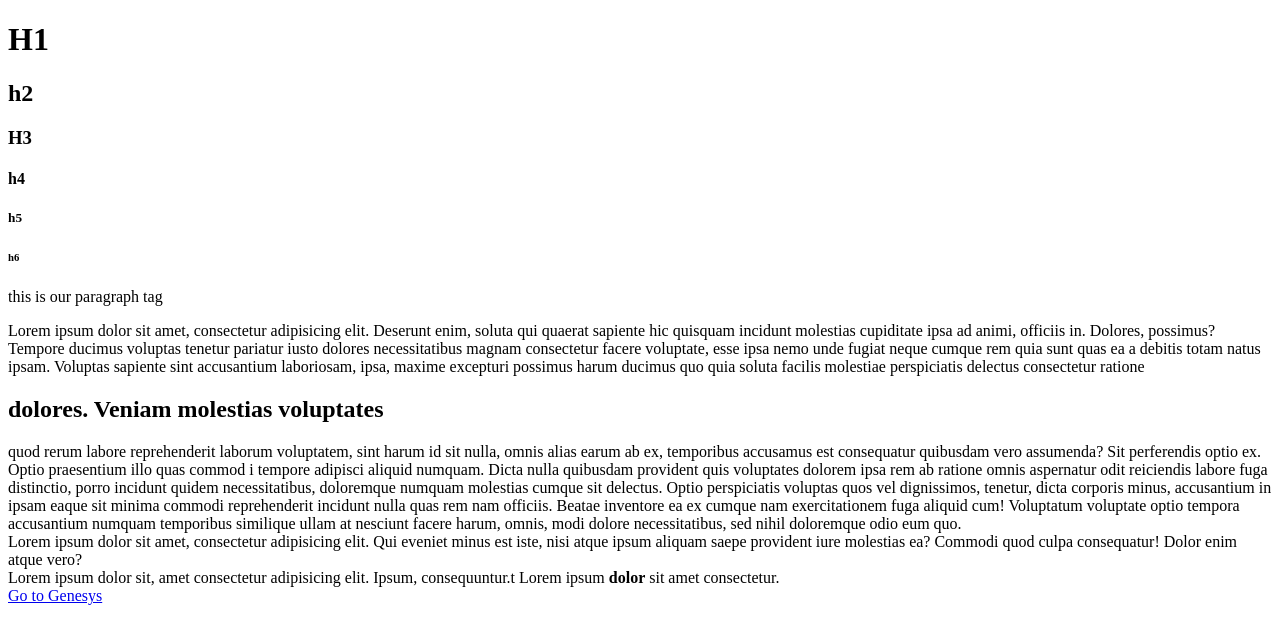
Repository: Ifenna-Pascal/firstRepo
Page: index.html
An editor plug-in stored every save of this project. The page is shown before and after the next save, followed by the edit.
The browser window is 1280 px wide. The pictures show the whole page.

Above is the page before, as saved 2023-07-14 12:12:13.

### index.html
<!DOCTYPE html>
<html lang="eng">
<head>
<title>Codeville</title>
<meta name="description" content="this is an introduction page site">
<link rel="stylesheet" href="./about/about.css">
<style>
</style>
</head>
<body>
    <!-- THESE ARE OUR HEADER TAGS H1-H6 -->
    <h1>H1</h1>
    <h2>h2</h2>
    <h3>H3</h3>
    <h4>h4</h4>
    <h5>h5</h5>
    <h6>h6</h6>
    <!-- THIS IS OUR PARAGRAPH TAG -->
    <p>this is our paragraph tag</p>
    <article>
        Lorem ipsum dolor sit amet, consectetur adipisicing elit. Deserunt enim,
         soluta qui quaerat sapiente hic quisquam incidunt molestias cupiditate
         ipsa ad animi, officiis in. Dolores, possimus? Tempore ducimus voluptas
          tenetur pariatur iusto dolores necessitatibus magnam consectetur facere
           voluptate, esse ipsa nemo unde fugiat neque cumque rem quia sunt quas ea a debitis totam natus ipsam. Voluptas sapiente sint
            accusantium laboriosam, ipsa, maxime excepturi possimus harum ducimus quo quia soluta facilis molestiae perspiciatis delectus consectetur ratione
            <h1> dolores. Veniam molestias voluptates</h1> quod rerum labore reprehenderit laborum voluptatem, sint harum id sit nulla, omnis alias earum ab ex, temporibus accusamus est consequatur quibusdam vero assumenda? Sit perferendis optio ex. Optio praesentium illo quas commod
             i tempore adipisci aliquid numquam. Dicta nulla quibusdam provident quis voluptates dolorem ipsa rem ab ratione omnis aspernatur odit reiciendis labore fuga distinctio, porro incidunt quidem necessitatibus, doloremque numquam molestias cumque sit delectus. Optio perspiciatis voluptas quos vel dignissimos, tenetur, dicta corporis minus, accusantium in ipsam eaque sit minima commodi reprehenderit incidunt nulla quas rem nam officiis. Beatae inventore
             ea ex cumque nam exercitationem fuga aliquid cum! Voluptatum voluptate optio tempora accusantium numquam temporibus similique ullam at nesciunt facere harum, omnis, modi dolore
              necessitatibus, sed nihil doloremque odio eum quo.
    </article>
    <div>
        Lorem ipsum dolor sit amet, consectetur adipisicing elit. Qui eveniet minus est iste, nisi atque ipsum aliquam saepe provident iure molestias ea? Commodi quod culpa consequatur! Dolor enim atque vero?
    </div>
    <section id="sectionOne">
        <span id="spanOne">Lorem ipsum dolor sit, amet consectetur adipisicing elit. Ipsum, consequuntur.t</span>
        <span>Lorem ipsum <b>dolor</b> sit amet consectetur.</span>
    </section>
    <a href="https://www.genesystechhub.com/">Go to Genesys</a>
</body>
</html>

Loaded but not shown: about/about.css (no stored copy; drawn as an empty file)

After the next save:
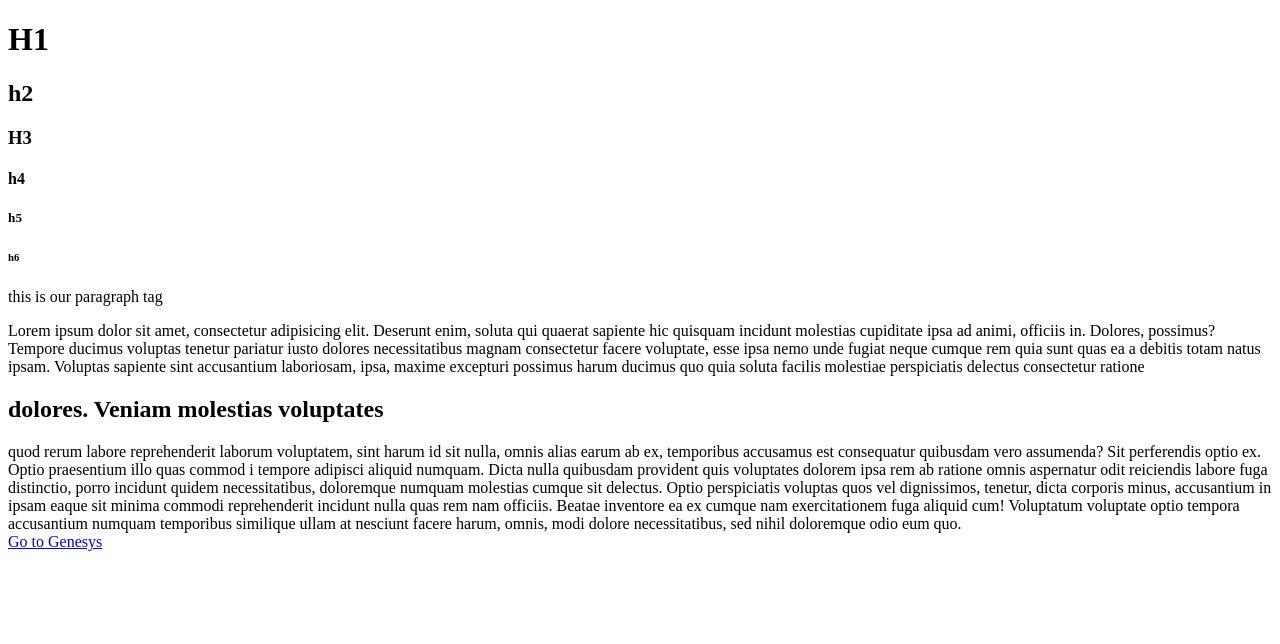
Saved 19 s later.
--- a/index.html
+++ b/index.html
@@ -29,13 +29,13 @@
              ea ex cumque nam exercitationem fuga aliquid cum! Voluptatum voluptate optio tempora accusantium numquam temporibus similique ullam at nesciunt facere harum, omnis, modi dolore
               necessitatibus, sed nihil doloremque odio eum quo.
     </article>
-    <div>
+    <!-- <div>
         Lorem ipsum dolor sit amet, consectetur adipisicing elit. Qui eveniet minus est iste, nisi atque ipsum aliquam saepe provident iure molestias ea? Commodi quod culpa consequatur! Dolor enim atque vero?
     </div>
     <section id="sectionOne">
         <span id="spanOne">Lorem ipsum dolor sit, amet consectetur adipisicing elit. Ipsum, consequuntur.t</span>
         <span>Lorem ipsum <b>dolor</b> sit amet consectetur.</span>
-    </section>
+    </section> -->
     <a href="https://www.genesystechhub.com/">Go to Genesys</a>
 </body>
 </html>
